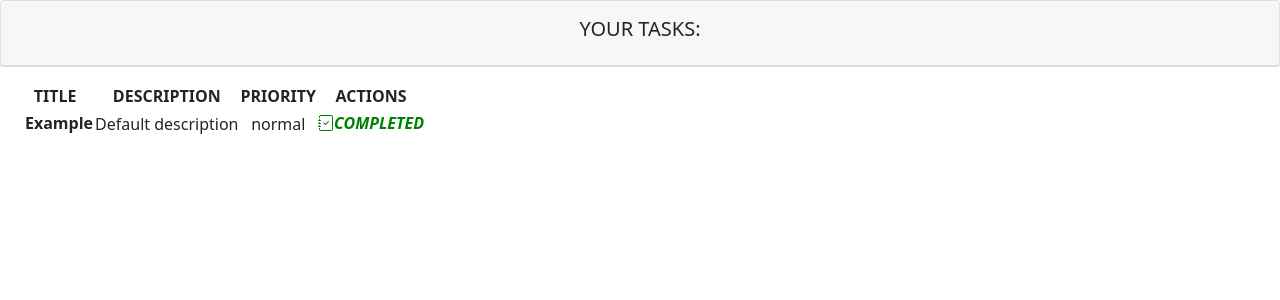
Repository: abgdev1997/proyecto-evo
Page: /tasks
The author's editor kept a copy of each file at every save. The page is drawn from the files as they stood at one save, then again after the next save.
The browser window is 1280 px wide. The pictures show the whole page.
The project was rebuilt for these pictures with package versions that can differ from the ones it lists, and the page was loaded fresh each time. Also part of the build but not shown: src/index.css.

Above is the page before, as saved 2022-01-27 10:56:31.

After the next save:
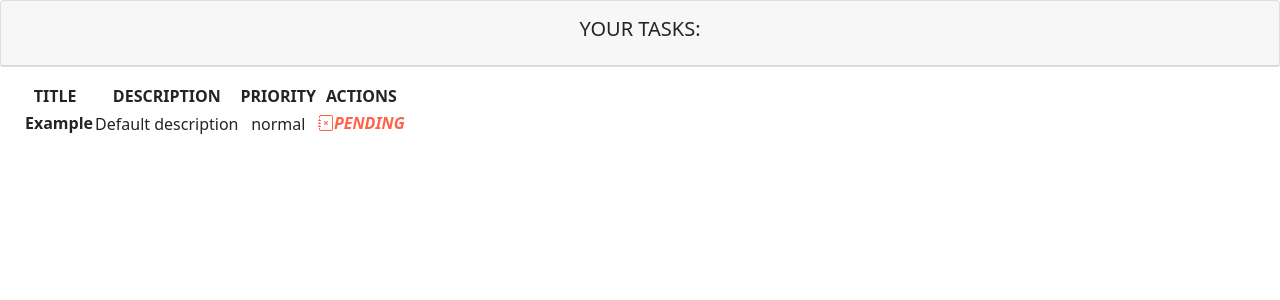
Saved 18 s later.
--- a/src/components/container/task_list.jsx
+++ b/src/components/container/task_list.jsx
@@ -5,7 +5,7 @@ import TaskComponent from '../pure/task_component'
 
 const TaskList = () => {
 
-    const defaultTask = new Task('Example', 'Default description', true, LEVELS.NORMAL);
+    const defaultTask = new Task('Example', 'Default description', false, LEVELS.NORMAL);
 
     //Estados del componente
     const [tasks, setTasks] = useState([defaultTask]);
